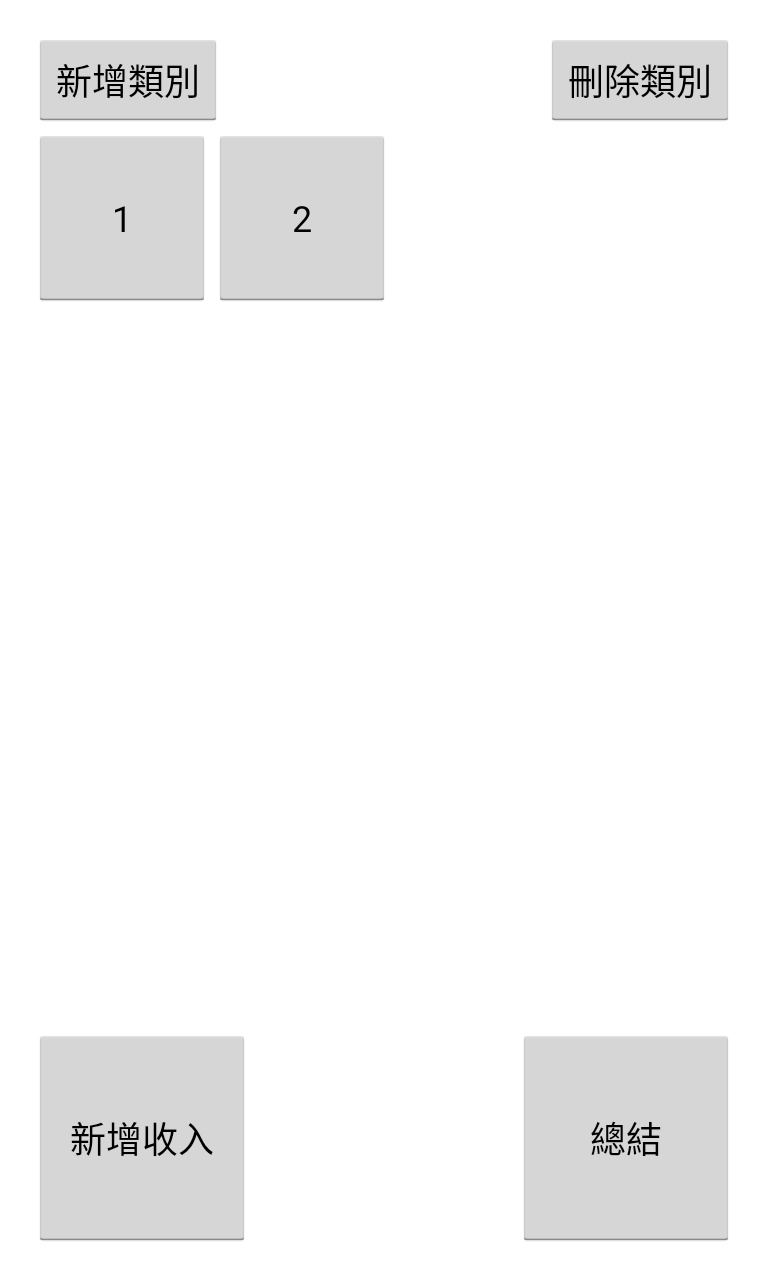
Repository: rayyrayy/Android-app-project
Layout: flashaccounting/easy money manager/res/layout/activity_main.xml
An editor plug-in stored every save of this project. The layout is shown before and after the next save, followed by the edit.
It is drawn on a 768 x 1280 px phone screen (xhdpi) without system bars, with theme AppTheme; the app's code is not run.

Above is the layout before, as saved 2014-10-21 07:16:32.

After the next save:
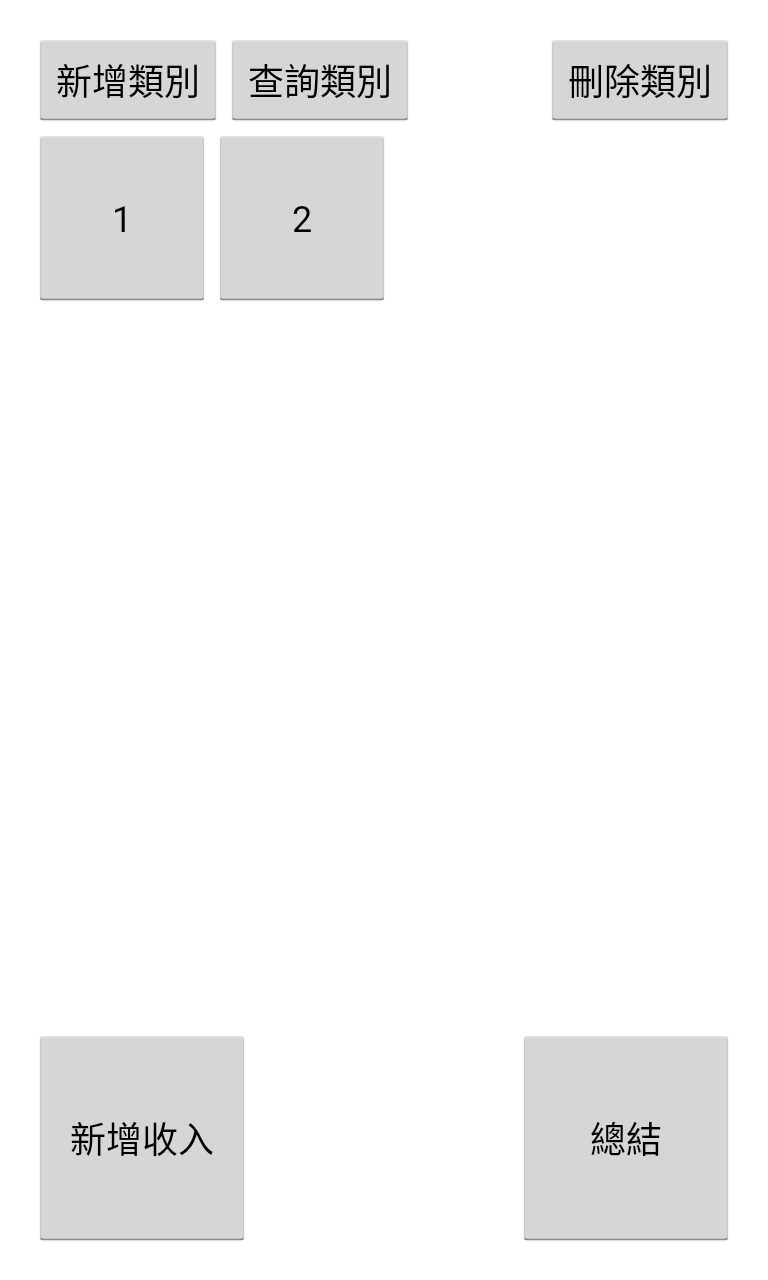
Saved 6 min 22 s later.
--- a/flashaccounting/easy money manager/res/layout/activity_main.xml
+++ b/flashaccounting/easy money manager/res/layout/activity_main.xml
@@ -40,16 +40,17 @@
         android:layout_alignParentRight="true"
         android:text="總結" />
 
-   <GridLayout
-       android:layout_width="wrap_content"
-       android:layout_height="wrap_content"
-       android:layout_above="@+id/button3"
-       android:layout_alignParentLeft="true"
-       android:layout_alignParentRight="true"
-       android:layout_below="@+id/AddClass"
-       android:columnCount="3"
-       android:orientation="horizontal"
-       android:rowCount="3" >
+    <GridLayout
+        android:id="@+id/gridLayout1"
+        android:layout_width="wrap_content"
+        android:layout_height="wrap_content"
+        android:layout_above="@+id/button3"
+        android:layout_alignParentLeft="true"
+        android:layout_alignParentRight="true"
+        android:layout_below="@+id/AddClass"
+        android:columnCount="3"
+        android:orientation="horizontal"
+        android:rowCount="3" >
 
         <Button
             android:id="@+id/one"
@@ -57,11 +58,20 @@
             android:text="1"
             android:width="90dp" />
 
-　　<Button
-        android:id="@+id/two"
-        android:text="2"
-        android:width="90dp"
-        android:height="90dp"/>
+
+
+
+        <Button
+            android:id="@+id/two"
+            android:height="90dp"
+            android:text="2"
+            android:width="90dp" />
+
+
+
+
+
+
 
 
 
@@ -72,4 +82,12 @@
 
     </GridLayout>
 
+    <Button
+        android:id="@+id/button1"
+        android:layout_width="wrap_content"
+        android:layout_height="wrap_content"
+        android:layout_above="@+id/gridLayout1"
+        android:layout_toRightOf="@+id/AddClass"
+        android:text="查詢類別" />
+
 </RelativeLayout>
